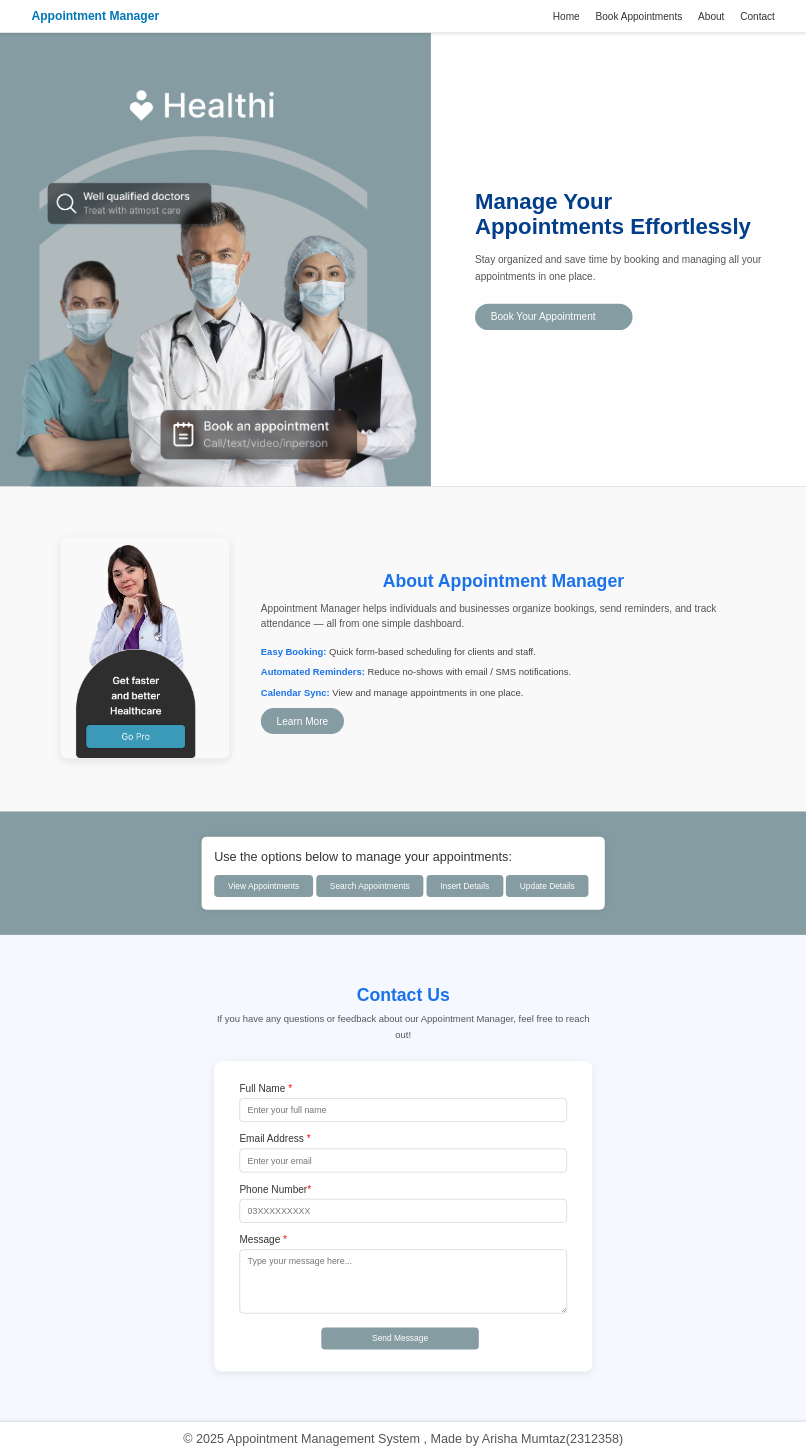
Repository: Arisha004/Hospital-Appointment-Management-System
Page: landingpage.html
An editor plug-in stored every save of this project. The page is shown before and after the next save, followed by the edit.
The browser window is 1280 px wide. The pictures show the whole page, at 63% of full size.

Above is the page before, as saved 2025-10-24 15:58:09.

### landingpage.html
<!DOCTYPE html>
<html lang="en">
<head>
  <meta charset="UTF-8">
  <meta name="viewport" content="width=device-width, initial-scale=1.0">
  <title>Appointment Management System</title>
  <link rel="stylesheet" href="style.css">
  <style>
    .container1 { width: 50%;margin: 40px auto; background: #fff; padding: 20px; border-radius: 8px; box-shadow: 0 0 10px rgba(0,0,0,0.1); }
  h2 { text-align: center; color: #007bff; }
    button{
  display: inline-block;
  background-color: #869CA3;
  color: #fff;
  padding: 10px 22px;
  border: none;
  border-radius: 6px;
  cursor: pointer;
  font-weight: 500;

  transition: 0.3s;
   text-align: center;
}
p{
  font-size: 20px;
}

button:hover {
  background-color: #7498a3;
  transform: translateY(-2px);
}
a{
  color: white;
  text-decoration: none;
}
  </style>
</head>
<body>
  <header class="navbar">
    <div class="logo">Appointment Manager</div>
    <nav>
      <ul>
        <li><a href="#">Home</a></li>
        <li><a href="index.php">Book Appointments</a></li>
        <li><a href="#about">About</a></li>
        <li><a href="#contact">Contact</a></li>
      </ul>
    </nav>
  </header>


  <section class="landing">
      <div class="right"></div>
    <div class="left">
      <h1>Manage Your Appointments Effortlessly</h1>
      <p>Stay organized and save time by booking and managing all your appointments in one place.</p>
      <a href="index.php" class="btn">Book Your Appointment</a>
    </div>

  </section>
  </section>


  <section id="about" class="about">
    <div class="container about-inner">
      <div class="about-image" aria-hidden="true">

        <img src="images/pic2.png" alt="" />
      </div>
      <div class="about-content">
        <h2>About Appointment Manager</h2>
        <p>Appointment Manager helps individuals and businesses organize bookings, send reminders, and track attendance — all from one simple dashboard.</p>
        <ul class="features">
          <li><strong>Easy Booking:</strong> Quick form-based scheduling for clients and staff.</li>
          <li><strong>Automated Reminders:</strong> Reduce no-shows with email / SMS notifications.</li>
          <li><strong>Calendar Sync:</strong> View and manage appointments in one place.</li>
        </ul>
        <a href="about.html" class="btn">Learn More</a>
      </div>
    </div>
  </section>
  <section id="crudoperations">
    <div class="container1">
      <p>Use the options below to manage your appointments:</p><br>

      <button> <a href="list.php" >View Appointments</a></button>
       <button>  <a href="searching.php">Search Appointments</a></button>
       <button>  <a href="index.php">Insert Details</a></button>
       <button>  <a href="update.php">Update Details</a></button>
      </div>

  </section>

  <section id="contact" class="contact">
    <div class="container contact-inner">
      <h2>Contact Us</h2>
      <p>If you have any questions or feedback about our Appointment Manager, feel free to reach out!</p>

      <form action="insertcontactform.php" method="post" class="contact-form">
        <div class="form-group">
          <label for="name">Full Name <span>*</span></label>
          <input type="text" id="name" name="name" placeholder="Enter your full name" required pattern="[A-Za-z\s]{3,}">
        </div>

        <div class="form-group">
          <label for="email">Email Address <span>*</span></label>
          <input type="email" id="email" name="email" placeholder="Enter your email" required>
        </div>

        <div class="form-group">
          <label for="phone">Phone Number<span>*</span></label>
          <input type="tel" id="phone" name="phone" placeholder="03XXXXXXXXX" required pattern="[0-9]{11}" title="Enter 11-digit number only">
        </div>

        <div class="form-group">
          <label for="message">Message <span>*</span></label>
          <textarea id="message" name="message" rows="5" placeholder="Type your message here..." required minlength="10"></textarea>
        </div>

        <button type="submit" class="btn">Send Message</button>
      </form>
    </div>

  </section>
  <footer>
    <p>© 2025 Appointment Management System , Made by Arisha Mumtaz(2312358)</p>
  </footer>
</body>
</html>

### style.css
/* Reset and fonts */
* {
  margin: 0;
  padding: 0;
  box-sizing: border-box;
  font-family: 'Poppins', sans-serif;
}

body {
  background: #869CA3;
  color: #333;
}
/* About Section */
.about {
  background-color: #f9f9f9;
  padding: 80px 0;
}

.about-inner {
  width: 85%;
  max-width: 1100px;
  margin: 0 auto;
  display: flex;
  align-items: center;
  justify-content: space-between;
  gap: 50px;
  flex-wrap: wrap; /* makes it responsive */
}

.about-image img {
  width: 100%;
  max-width: 450px;
  border-radius: 10px;
  box-shadow: 0 4px 15px rgba(0,0,0,0.1);
}

.about-content {
  flex: 1;
  min-width: 300px;
}

.about-content h2 {
  font-size: 28px;
  color: #1a73e8;
  margin-bottom: 15px;
}

.about-content p {
  font-size: 16px;
  color: #555;
  line-height: 1.6;
  margin-bottom: 20px;
}

.features {
  list-style: none;
  padding: 0;
  margin-bottom: 25px;
}

.features li {
  margin-bottom: 10px;
  color: #444;
  font-size: 15px;
  line-height: 1.5;
}

.features strong {
  color: #1a73e8;
}


/* Contact Section */
.contact {
  background-color: #f5f9ff;
  padding: 80px 0;
}

.contact-inner {
  width: 85%;
  max-width: 600px;
  margin: 0 auto;
  text-align: center;
}

.contact h2 {
  font-size: 28px;
  color: #1a73e8;
  margin-bottom: 10px;
}

.contact p {
  color: #555;
  margin-bottom: 30px;
  font-size: 15px;
  line-height: 1.6;
}

.contact-form {
  background-color: #fff;
  padding: 35px 40px;
  border-radius: 12px;
  box-shadow: 0 4px 15px rgba(0,0,0,0.08);
  text-align: left;
}

.form-group {
  margin-bottom: 18px;
}

label {
  display: block;
  font-weight: 500;
  margin-bottom: 6px;
  color: #333;
}

label span {
  color: red;
}

input, textarea {
  width: 100%;
  padding: 10px 12px;
  border: 1px solid #ccc;
  border-radius: 6px;
  font-size: 14px;
  outline: none;
  transition: border-color 0.3s ease;
}

input:focus, textarea:focus {
  border-color: #1a73e8;
  box-shadow: 0 0 5px rgba(26,115,232,0.3);
}


.contact-form .btn {
  display: inline-block;
  background-color: #869CA3;
  color: #fff;
  padding: 10px 22px;
  border: none;
  border-radius: 6px;
  cursor: pointer;
  font-weight: 500;

  margin-left: 130px;
  transition: 0.3s;
   text-align: center;
}

.contact-form .btn:hover {
  background-color: #7498a3;
  transform: translateY(-2px);
}

/* Navbar */
.navbar {
  display: flex;
  justify-content: space-between;
  align-items: center;
  padding: 15px 50px;
  background: #fff;
  box-shadow: 0 2px 5px rgba(0,0,0,0.1);
  position: sticky;
  top: 0;
  z-index: 10;
}

.navbar .logo {
  font-weight: 700;
  font-size: 1.2rem;
  color: #0077b6;
}

.navbar ul {
  display: flex;
  list-style: none;
}

.navbar ul li a {
  text-decoration: none;
  color: #333;
  margin-left: 25px;
  transition: 0.3s;
}

.navbar ul li a:hover {
  color: #0077b6;
}

/* Split Landing Section */
.landing {
  display: flex;
  height: 100vh;
}


  button{

  display: inline-block;
  background-color: #869CA3;
  color: #fff;
  padding: 10px 22px;
  border: none;
  border-radius: 6px;
  cursor: pointer;
  font-weight: 500;

  transition: 0.3s;
   text-align: center;
}

button:hover {
  background-color: #7498a3;
  transform: translateY(-2px);
}
/* Left Text Section */
.landing .left {
  flex: 1;
  width: 50%;
  display: flex;
  flex-direction: column;
  justify-content: center;
  padding: 0 70px;
  background: #fefefe;
}

.landing .left h1 {
  font-size: 2.2rem;
  color: #023e8a;
  margin-bottom: 20px;
}

.landing .left p {
  font-size: 1rem;
  color: #555;
  margin-bottom: 30px;
  line-height: 1.6;
}

.btn {
  background: #869CA3;
  color: #fff;
  padding: 12px 25px;
  border-radius: 30px;
  text-decoration: none;
  font-weight: 300;
  transition: 0.3s;
  width: 250px;
}

.btn:hover {
  background: #7498a3;
}

/* Right Image Section */
.landing .right {
  flex: 1.5;
  background:url(images/pic1.png);
  background-repeat: no-repeat;
  background-size: cover;
  position: relative;
}

.landing .right::after {
  content: "";
  position: absolute;
  inset: 0;
}

/* Footer */
footer {
  text-align: center;
  padding: 15px;
  background: #fff;
  box-shadow: 0 -2px 5px rgba(0,0,0,0.1);
  font-size: 0.9rem;
  color: #555;
}

After the next save:
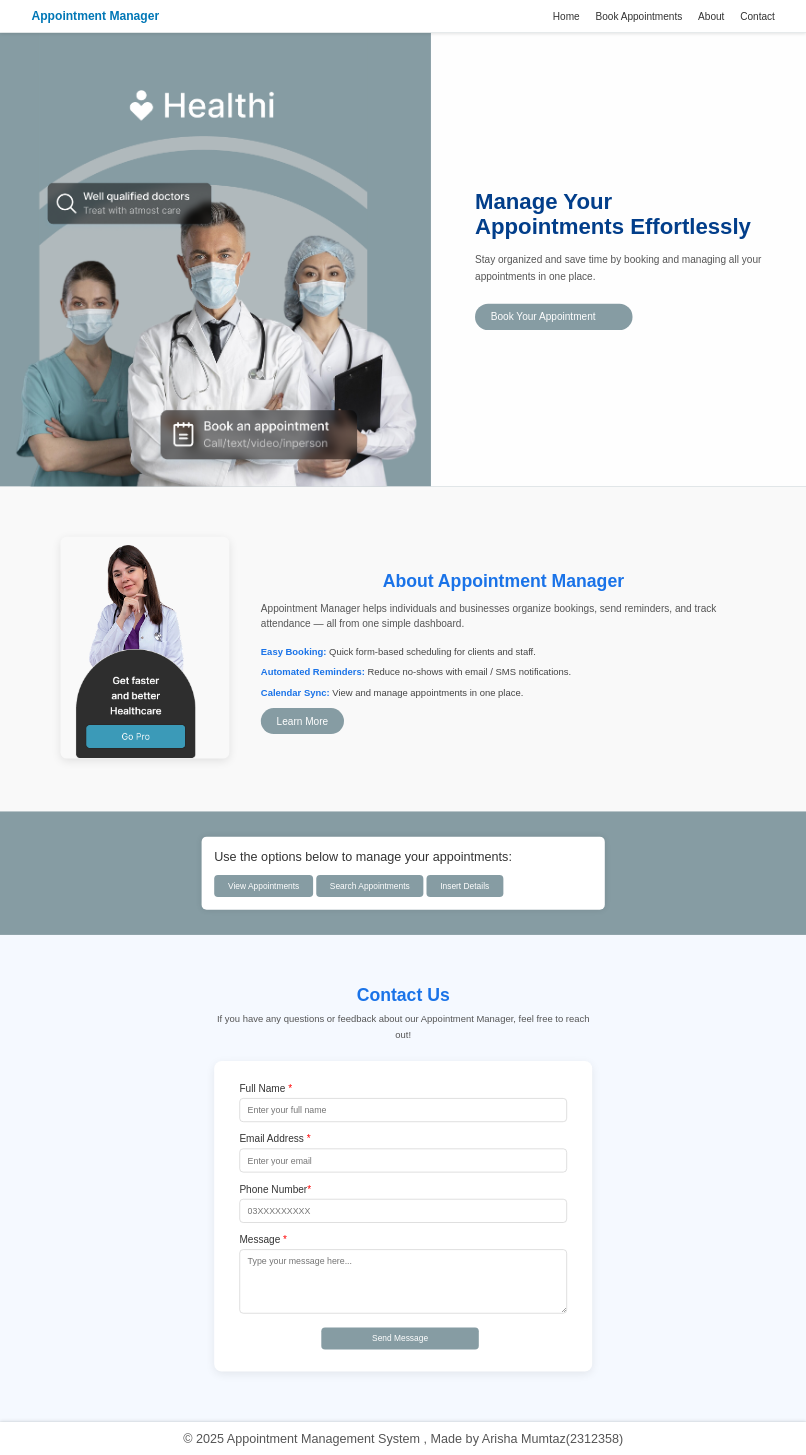
Saved 44 s later.
--- a/landingpage.html
+++ b/landingpage.html
@@ -86,7 +86,6 @@ a{
       <button> <a href="list.php" >View Appointments</a></button>
        <button>  <a href="searching.php">Search Appointments</a></button>
        <button>  <a href="index.php">Insert Details</a></button>
-       <button>  <a href="update.php">Update Details</a></button>
       </div>
 
   </section>
